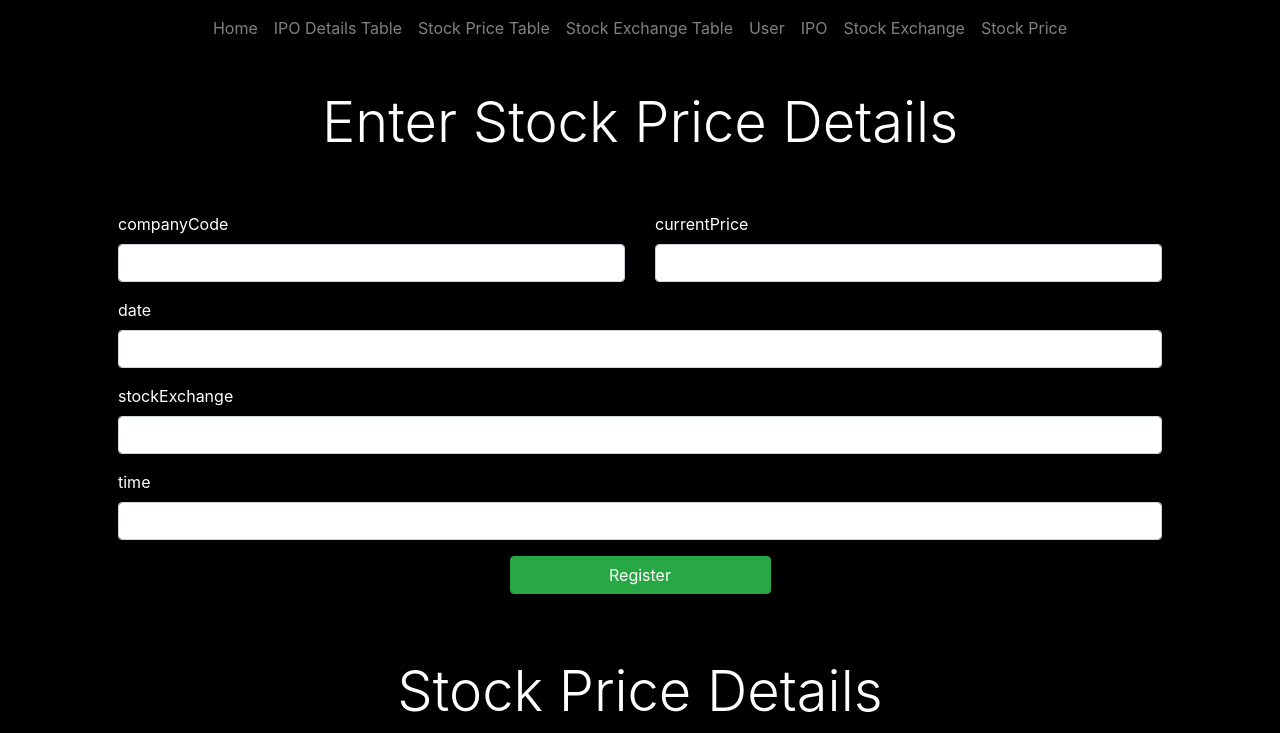
Repository: Gurudutt-S/cts-training
Page: http://localhost/StockExchangeChartingWeb/WEB-INF/views/stockPrices.jsp
These files come from the project's save history. The page is drawn as it stood at one moment and after the next save; the edit follows.
The browser window is 1280 px wide. The pictures show the whole page.
The page is served by Tomcat 9. Nobody is signed in. Other server files are loaded and not shown. The template is opened directly, without the code that normally fills it, so the values that code supplies are empty.

Above is the page before, as saved 2020-02-13 05:46:40.
Console error (its wording comes from the project's code and is left out).

### Day_37/StockExchangeChartingWeb/src/main/webapp/WEB-INF/views/stockPrices.jsp
<%@include file="header.jsp"%>
<%@taglib uri="http://www.springframework.org/tags/form" prefix="form"%>
<%@taglib uri="http://java.sun.com/jsp/jstl/core" prefix="c"%>

<h2 class="display-4 text-center">Enter Stock Price Details</h2>

<c:url var="stockPriceUrl" value="" />

<div class="container p-5">
	<form:form action="${stockPriceUrl }" modelAttribute="stockPrice">
		<div class="row">
			<div class="form-group col">
			<form:label path="companyCode">companyCode</form:label>
			<form:input path="companyCode" class="form-control" />
		</div>
		<div class="form-group col">
			<form:label path="currentPrice">currentPrice</form:label>
			<form:input path="currentPrice" class="form-control" />
		</div>
		</div>
		<div class="form-group">
			<form:label path="date">date</form:label>
			<form:input path="date" class="form-control" />
		</div>
		<div class="form-group">
			<form:label path="stockExchange">stockExchange</form:label>
			<form:input path="stockExchange" class="form-control" />
		</div>
		<div class="form-group">
			<form:label path="time">time</form:label>
			<form:input path="time" class="form-control" />
		</div>

		<div class="text-center">
			<input type="submit" value="Register" class="btn btn-success w-25">
		</div>
	</form:form>

</div>

<h2 class="text-center display-4">Stock Price Details</h2>


</body>
</html>

### Day_37/StockExchangeChartingWeb/src/main/webapp/WEB-INF/views/header.jsp
<%@ page isELIgnored="false"%>
<%@ taglib uri="http://java.sun.com/jsp/jstl/core" prefix="c"%>
<html>
<head>
<link rel="stylesheet"
	href="https://stackpath.bootstrapcdn.com/bootstrap/4.4.1/css/bootstrap.min.css"
	integrity="sha384-Vkoo8x4CGsO3+Hhxv8T/Q5PaXtkKtu6ug5TOeNV6gBiFeWPGFN9MuhOf23Q9Ifjh"
	crossorigin="anonymous">
<script
	src="https://stackpath.bootstrapcdn.com/bootstrap/4.4.1/js/bootstrap.min.js"
	integrity="sha384-wfSDF2E50Y2D1uUdj0O3uMBJnjuUD4Ih7YwaYd1iqfktj0Uod8GCExl3Og8ifwB6"
	crossorigin="anonymous"></script>


</head>
<body style="color: white; background-color: black;">

	<nav class="navbar navbar-expand-lg navbar-dark ">
		<div class="collapse navbar-collapse">
			<ul class="navbar-nav mx-auto">
				<li class="nav-item"><a href="home" class="nav-link">Home</a></li>
				<li class="nav-item"><a href="ipoDetails" class="nav-link">IPO
						Details Table</a></li>
				<li class="nav-item"><a href="stockPrice" class="nav-link">Stock
						Price Table</a></li>
				<li class="nav-item"><a href="stockExchange" class="nav-link">Stock
						Exchange Table</a></li>
				<li class="nav-item"><a href="user-home" class="nav-link">User
						</a></li>
				<li class="nav-item"><a href="ipo-home" class="nav-link">IPO
						</a></li>
				<li class="nav-item"><a href="stockExchange-home" class="nav-link">Stock Exchange
						</a></li>
				<li class="nav-item"><a href="stockPrice-home" class="nav-link">Stock Price</a> </li>
			</ul>
		</div>
	</nav>

	<hr>

</body>
</html>

After the next save:
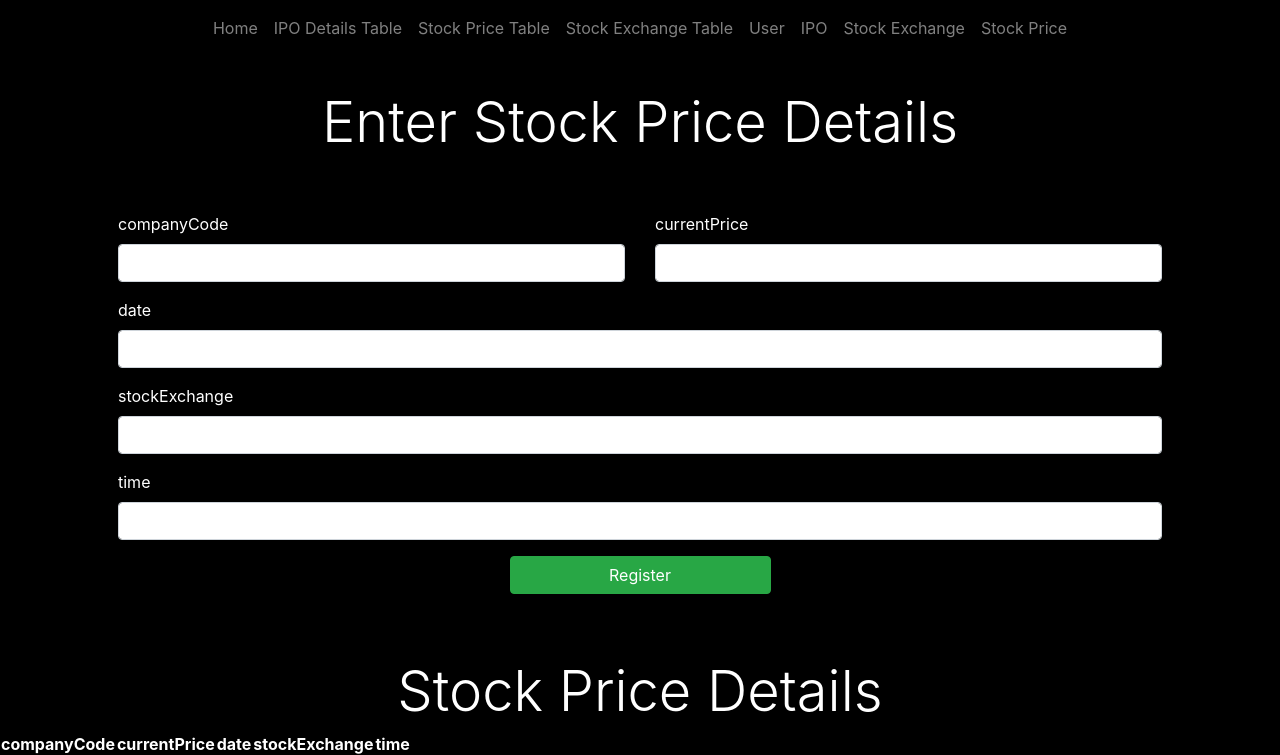
Saved 2 min 6 s later.
--- a/Day_37/StockExchangeChartingWeb/src/main/webapp/WEB-INF/views/stockPrices.jsp
+++ b/Day_37/StockExchangeChartingWeb/src/main/webapp/WEB-INF/views/stockPrices.jsp
@@ -40,6 +40,20 @@
 
 <h2 class="text-center display-4">Stock Price Details</h2>
 
+<div>
+	<table>
+
+		<tr>
+			<th>companyCode</th>
+			<th>currentPrice</th>
+			<th>date</th>
+			<th>stockExchange</th>
+			<th>time</th>
+		</tr>
+
+	</table>
+</div>
+
 
 </body>
 </html>
